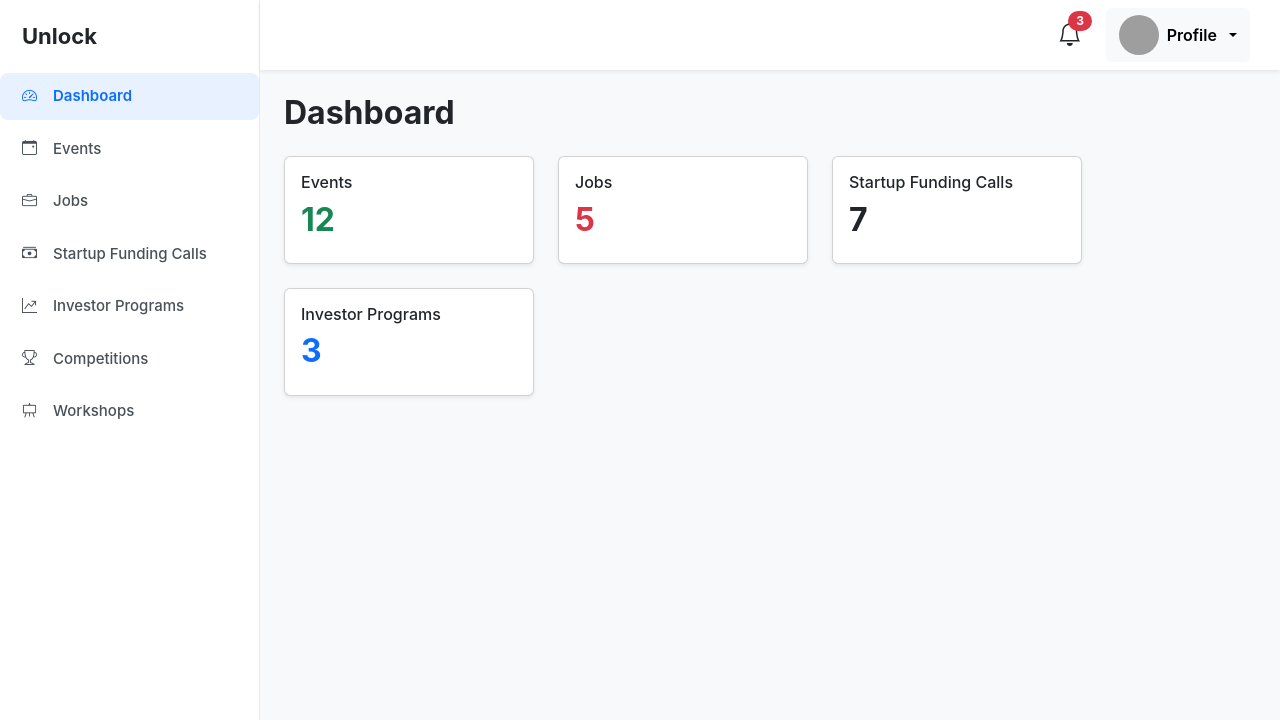
Repository: avmaurya07/unlock-dashboard
Page: /dashboard/publisher
These files come from the project's save history. The page is drawn as it stood at one moment and after the next save; the edit follows.
The browser window is 1280 px wide. The pictures show the whole page.
Pictures or frames that could not be fetched are drawn as grey boxes. The project was rebuilt for these pictures with package versions that can differ from the ones it lists, and the page was loaded fresh each time. Also part of the build but not shown: vite.config.js, src/pages/Login.jsx, src/pages/Events.jsx, src/pages/Jobs.jsx, src/pages/FundingCalls.jsx, src/pages/InvestorPrograms.jsx, src/pages/Competitions.jsx, src/pages/Workshops.jsx and 5 more.

Above is the page before, as saved 2025-12-28 17:15:54.

### index.html
<!doctype html>
<html lang="en">
  <head>
    <meta charset="UTF-8" />
    <link rel="icon" type="image/svg+xml" href="/vite.svg" />
    <meta name="viewport" content="width=device-width, initial-scale=1.0" />
    <title>unlock-dashboard</title>
  </head>
  <body>
    <div id="root"></div>
    <script type="module" src="/src/main.jsx"></script>
  </body>
</html>

### src/main.jsx
import { StrictMode } from 'react'
import { createRoot } from 'react-dom/client'
import './index.css'
import App from './App.jsx'
import 'bootstrap/dist/css/bootstrap.min.css';
import 'react-toastify/dist/ReactToastify.css';
import "bootstrap-icons/font/bootstrap-icons.css";
import "./styles/theme.css";

createRoot(document.getElementById('root')).render(
  <StrictMode>
    <App />
  </StrictMode>,
)

### src/index.css
:root {
  font-family: system-ui, Avenir, Helvetica, Arial, sans-serif;
  line-height: 1.5;
  font-weight: 400;

  color-scheme: light dark;
  color: rgba(255, 255, 255, 0.87);
  background-color: #242424;

  font-synthesis: none;
  text-rendering: optimizeLegibility;
  -webkit-font-smoothing: antialiased;
  -moz-osx-font-smoothing: grayscale;
}

a {
  font-weight: 500;
  color: #646cff;
  text-decoration: inherit;
}
a:hover {
  color: #535bf2;
}

body {
  margin: 0;
  display: flex;
  align-items: center;
  justify-content: center;
  min-width: 320px;
  min-height: 100vh;
}

h1 {
  font-size: 3.2em;
  line-height: 1.1;
}

button {
  border-radius: 8px;
  border: 1px solid transparent;
  padding: 0.6em 1.2em;
  font-size: 1em;
  font-weight: 500;
  font-family: inherit;
  background-color: #1a1a1a;
  cursor: pointer;
  transition: border-color 0.25s;
}
button:hover {
  border-color: #646cff;
}
button:focus,
button:focus-visible {
  outline: 4px auto -webkit-focus-ring-color;
}

@media (prefers-color-scheme: light) {
  :root {
    color: #213547;
    background-color: #ffffff;
  }
  a:hover {
    color: #747bff;
  }
  button {
    background-color: #f9f9f9;
  }
}

### src/App.jsx
import { BrowserRouter, Routes, Route } from "react-router-dom";

import Login from "./pages/Login";

// Layout
import MainLayout from "./layout/MainLayout";

// Shared Pages
import Dashboard from "./pages/Dashboard";

// Publisher Pages
import Events from "./pages/Events";
import Jobs from "./pages/Jobs";
import FundingCalls from "./pages/FundingCalls";
import InvestorPrograms from "./pages/InvestorPrograms";
import Competitions from "./pages/Competitions";
import Workshops from "./pages/Workshops";

// User + Admin
import UserDashboard from "./pages/UserDashboard";
import PublisherDashboard from "./pages/PublisherDashboard";
import AdminDashboard from "./pages/AdminDashboard";

function App() {
  return (
    <BrowserRouter>
      <Routes>

        {/* PUBLIC ROUTE */}
        <Route path="/" element={<Login />} />

        {/* USER DASHBOARD */}
        <Route path="/dashboard/user" element={<UserDashboard />} />

        {/* ADMIN DASHBOARD */}
        <Route path="/dashboard/admin" element={<AdminDashboard />} />

        {/* PUBLISHER DASHBOARD (WITH SIDEBAR + TOPBAR) */}
        <Route path="/dashboard/publisher" element={<MainLayout />}>
          <Route index element={<Dashboard />} />

          {/* NESTED PUBLISHER ROUTES */}
          <Route path="events" element={<Events />} />
          <Route path="jobs" element={<Jobs />} />
          <Route path="funding-calls" element={<FundingCalls />} />
          <Route path="investor-programs" element={<InvestorPrograms />} />
          <Route path="competitions" element={<Competitions />} />
          <Route path="workshops" element={<Workshops />} />
        </Route>

      </Routes>
    </BrowserRouter>
  );
}

export default App;

### src/styles/theme.css
/* ===== Ventic UI Global Styles ===== */

body {
  margin: 0;
  padding: 0;
  background: #f4f6f9; /* Light gray clean background */
  font-family: "Inter", sans-serif;
}

/* Remove bootstrap container limits */
.container {
  max-width: 100% !important;
}

/* Utility classes */
.text-gray {
  color: #6c757d;
}

/* Headings */
h1, h2, h3, h4, h5 {
  font-weight: 700;
  color: #212529;
}

/* Card Shadows */
.card-v {
  border: none !important;
  border-radius: 12px !important;
  background: #fff;
  box-shadow: 0 2px 10px rgba(0,0,0,0.08);
  padding: 20px;
  transition: all 0.2s ease;
}

.card-v:hover {
  transform: translateY(-2px);
  box-shadow: 0 4px 14px rgba(0, 0, 0, 0.12);
}


/* ===== Sidebar Ventic Style ===== */

.sidebar-container {
  width: 260px;
  min-height: 100vh;
  background: #ffffff;
  padding-top: 20px;
  border-right: 1px solid #e9ecef;
}

.sidebar-header {
  font-size: 22px;
  font-weight: 700;
  padding: 0 22px;
  margin-bottom: 20px;
}

.sidebar-menu li {
  margin-bottom: 6px;
}

.sidebar-link {
  display: flex;
  align-items: center;
  padding: 12px 22px;
  font-size: 15px;
  text-decoration: none;
  color: #495057;
  font-weight: 500;
  border-radius: 8px;
  transition: all 0.15s ease;
}

.sidebar-link:hover {
  background: #f1f3f5;
  color: #000;
}

.sidebar-link.active {
  background: #e7f1ff;
  color: #0d6efd !important;
  font-weight: 600;
}


/* ===== Topbar Ventic Style ===== */

.topbar {
  height: 70px;
  background: #fff;
  padding: 0 30px;
  display: flex;
  justify-content: space-between;
  align-items: center;
}

.notification-wrapper {
  cursor: pointer;
}

.notif-badge {
  position: absolute;
  top: -6px;
  right: -10px;
  font-size: 12px;
}

### src/layout/MainLayout.jsx
import Sidebar from "../components/Sidebar";
import Topbar from "../components/Topbar";
import { Outlet } from "react-router-dom";

export default function MainLayout() {
  return (
    <div className="d-flex" style={{ minHeight: "100vh", width: "100vw", overflowX: "hidden" }}>
      {/* Sidebar */}
      <div style={{ width: "260px", flexShrink: 0 }}>
        <Sidebar />
      </div>

      {/* Main Content */}
      <div className="flex-grow-1 d-flex flex-column bg-light" style={{ width: "100%" }}>
        <Topbar />

        <div className="p-4" style={{ width: "100%", flexGrow: 1 }}>
          <Outlet />
        </div>
      </div>
    </div>
  );
}

### src/pages/Dashboard.jsx
import DashboardCard from "../components/DashboardCard";
import MainLayout from "../layout/MainLayout";

export default function Dashboard() {
  return (
    <div style={{ width: "100%" }}>
      <h2 className="fw-bold mb-4">Dashboard</h2>

      <div className="d-flex gap-4 flex-wrap">
        <div className="card p-3 shadow-sm" style={{ width: "250px" }}>
          <h6>Events</h6>
          <h2 className="text-success">12</h2>
        </div>

        <div className="card p-3 shadow-sm" style={{ width: "250px" }}>
          <h6>Jobs</h6>
          <h2 className="text-danger">5</h2>
        </div>

        <div className="card p-3 shadow-sm" style={{ width: "250px" }}>
          <h6>Startup Funding Calls</h6>
          <h2 className="text-purple">7</h2>
        </div>

        <div className="card p-3 shadow-sm" style={{ width: "250px" }}>
          <h6>Investor Programs</h6>
          <h2 className="text-primary">3</h2>
        </div>
      </div>
    </div>
  );
}

### src/components/Sidebar.jsx
import { NavLink } from "react-router-dom";

export default function Sidebar() {
  const menu = [
    { name: "Dashboard", icon: "bi-speedometer2", path: "/dashboard/publisher" },
    { name: "Events", icon: "bi-calendar-event", path: "/dashboard/publisher/events" },
    { name: "Jobs", icon: "bi-briefcase", path: "/dashboard/publisher/jobs" },
    { name: "Startup Funding Calls", icon: "bi-cash-stack", path: "/dashboard/publisher/funding-calls" },
    { name: "Investor Programs", icon: "bi-graph-up-arrow", path: "/dashboard/publisher/investor-programs" },
    { name: "Competitions", icon: "bi-trophy", path: "/dashboard/publisher/competitions" },
    { name: "Workshops", icon: "bi-easel", path: "/dashboard/publisher/workshops" }
  ];

  return (
    <div className="sidebar-container">
      <div className="sidebar-header">Unlock</div>

      <ul className="sidebar-menu list-unstyled">
        {menu.map((item) => (
          <li key={item.name}>
            <NavLink
              to={item.path}
              className={({ isActive }) =>
                "sidebar-link " + (isActive ? "active" : "")
              }
            >
              <i className={`bi ${item.icon} me-3`}></i>
              {item.name}
            </NavLink>
          </li>
        ))}
      </ul>
    </div>
  );
}

### src/components/Topbar.jsx
export default function Topbar() {
  return (
    <nav className="topbar shadow-sm">
      <div></div>

      <div className="d-flex align-items-center gap-4">

        <div className="notification-wrapper position-relative">
          <i className="bi bi-bell fs-4"></i>
          <span className="badge bg-danger rounded-pill notif-badge">3</span>
        </div>

        <div className="dropdown">
          <button className="btn btn-light d-flex align-items-center gap-2 dropdown-toggle" data-bs-toggle="dropdown">
            <img src="https://i.pravatar.cc/40" className="rounded-circle" />
            <span className="fw-semibold">Profile</span>
          </button>

          <ul className="dropdown-menu dropdown-menu-end">
            <li><button className="dropdown-item">Settings</button></li>
            <li><button className="dropdown-item">Logout</button></li>
          </ul>
        </div>
      </div>
    </nav>
  );
}

### src/components/DashboardCard.jsx
export default function DashboardCard({ title, count, color }) {
  return (
    <div className="card shadow-sm p-3">
      <h6 className="fw-bold">{title}</h6>
      <h2 className="fw-bold" style={{ color }}>{count}</h2>
    </div>
  );
}

After the next save:
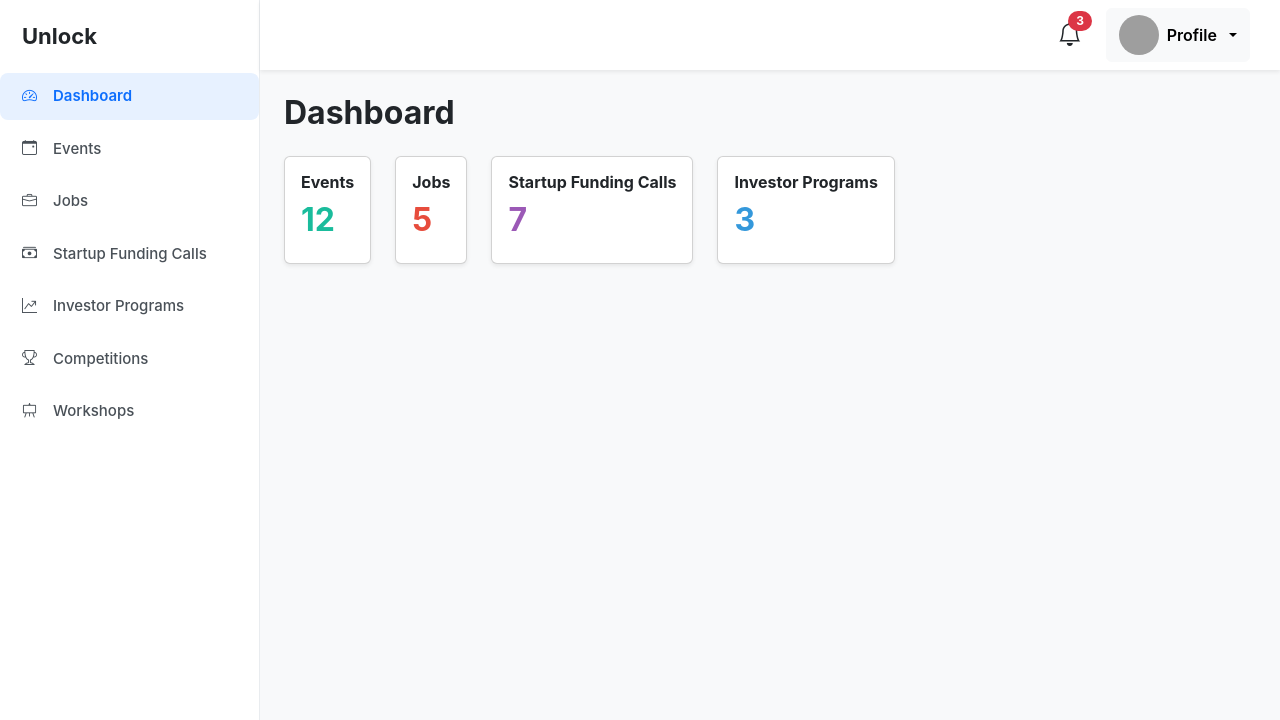
Saved 23 s later.
--- a/src/pages/Dashboard.jsx
+++ b/src/pages/Dashboard.jsx
@@ -1,5 +1,4 @@
 import DashboardCard from "../components/DashboardCard";
-import MainLayout from "../layout/MainLayout";
 
 export default function Dashboard() {
   return (
@@ -7,25 +6,10 @@ export default function Dashboard() {
       <h2 className="fw-bold mb-4">Dashboard</h2>
 
       <div className="d-flex gap-4 flex-wrap">
-        <div className="card p-3 shadow-sm" style={{ width: "250px" }}>
-          <h6>Events</h6>
-          <h2 className="text-success">12</h2>
-        </div>
-
-        <div className="card p-3 shadow-sm" style={{ width: "250px" }}>
-          <h6>Jobs</h6>
-          <h2 className="text-danger">5</h2>
-        </div>
-
-        <div className="card p-3 shadow-sm" style={{ width: "250px" }}>
-          <h6>Startup Funding Calls</h6>
-          <h2 className="text-purple">7</h2>
-        </div>
-
-        <div className="card p-3 shadow-sm" style={{ width: "250px" }}>
-          <h6>Investor Programs</h6>
-          <h2 className="text-primary">3</h2>
-        </div>
+        <DashboardCard title="Events" count={12} color="#1abc9c" />
+        <DashboardCard title="Jobs" count={5} color="#e74c3c" />
+        <DashboardCard title="Startup Funding Calls" count={7} color="#9b59b6" />
+        <DashboardCard title="Investor Programs" count={3} color="#3498db" />
       </div>
     </div>
   );
